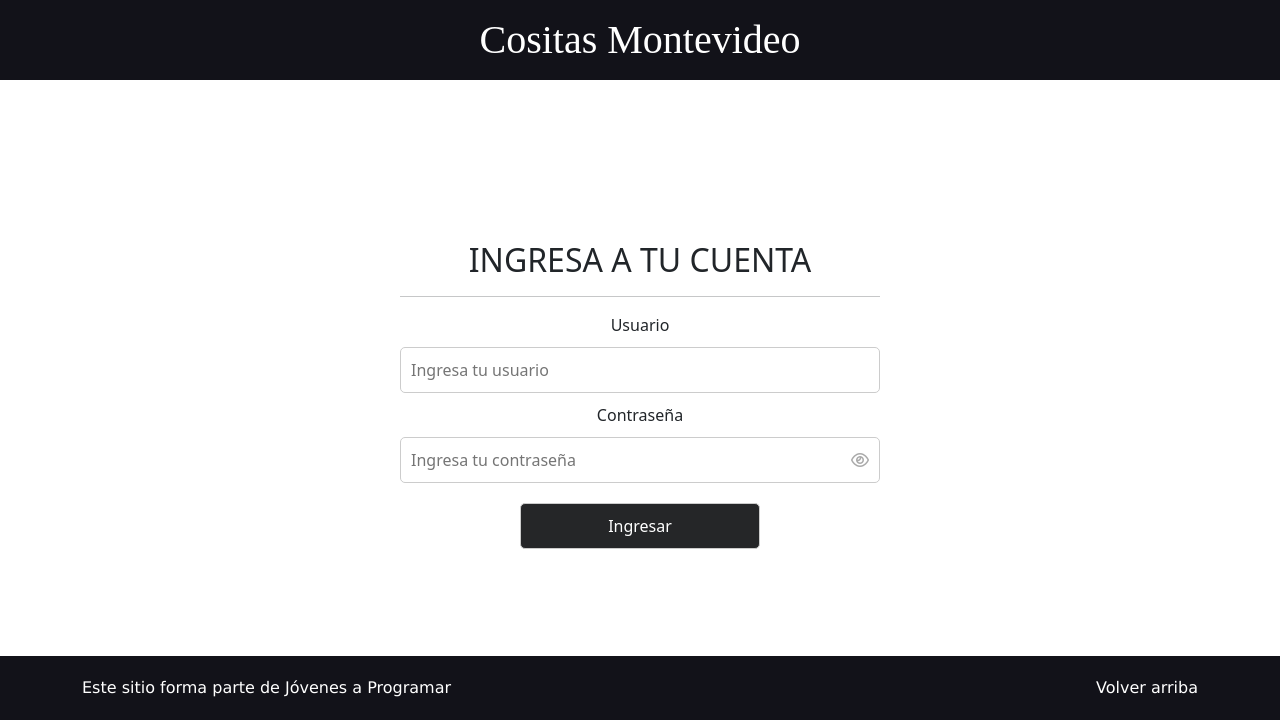
Repository: naticab/proyecto-dw
Page: login.html
An editor plug-in stored every save of this project. The page is shown before and after the next save, followed by the edit.
The browser window is 1280 px wide. The pictures show the whole page.
Some web fonts or font styles are not loaded; a fallback is used.

Above is the page before, as saved 2024-09-15 14:40:18.

### login.html
<!DOCTYPE html>
<html lang="es">

<head>
  <meta charset="UTF-8">
  <meta name="viewport" content="width=device-width, initial-scale=1, shrink-to-fit=no">
  <title>eMercado - Todo lo que busques está aquí</title>

  <link href="https://fonts.googleapis.com/css?family=Raleway:300,300i,400,400i,700,700i,900,900i" rel="stylesheet">
  <link href="css/bootstrap.min.css" rel="stylesheet">
  <link href="https://cdn.jsdelivr.net/npm/bootstrap@5.3.0/dist/css/bootstrap.min.css" rel="stylesheet">
  <link href="https://cdn.jsdelivr.net/npm/@fortawesome/fontawesome-free/css/all.min.css" rel="stylesheet">
  <link href="css/styles.css" rel="stylesheet" type="text/css">
  <link rel="stylesheet" href="css/login.css" type="text/css">
  <link href="css/header-and-footer.css" rel="stylesheet">
  <link href="https://fonts.googleapis.com/css2?family=Love+Ya+Like+A+Sister&display=swap" rel="stylesheet">
</head>

<body>

  <header>
    <div class="header-container">
        <h1>Cositas Montevideo</h1>
    </div>
</header>


  <main>
    <div class="login-container">
      <h2>INGRESA A TU CUENTA</h2>
      <hr>
      <label for="username">Usuario</label>
      <input type="text" id="username" name="username" placeholder="Ingresa tu usuario">

      <label for="password">Contraseña</label>
      <div class="password-container">
        <input type="password" id="password" name="password" placeholder="Ingresa tu contraseña">
        <i class="far fa-eye" id="togglePassword"></i>
      </div>

      <button type="submit" id="button">Ingresar</button>
    </div>
  </main>

  <footer class="text-center py-2">
    <div class="container">
      <div class="footer-content">
        <p class="footer-text">Este sitio forma parte de <a class="footer-link" href="https://jovenesaprogramar.edu.uy/"
            target="_blank">Jóvenes a Programar</a></p>
        <p class="footer-link-end">
          <a class="footer-link" href="#">Volver arriba</a>
        </p>
      </div>
    </div>
  </footer>

  <script src="js/login.js"></script>
</body>

</html>

### css/styles.css
.jumbotron,
.card-body,
.container,
.site-header {
  font-family: 'Verdana', serif !important;
}

.jumbotron .display-4 {
  font-weight: bold;
}

nav a {
  text-decoration: none;
}

.bd-placeholder-img {
  font-size: 1.125rem;
  text-anchor: middle;
  -webkit-user-select: none;
  -moz-user-select: none;
  -ms-user-select: none;
  user-select: none;
}

@media (min-width: 768px) {
  .bd-placeholder-img-lg {
    font-size: 3.5rem;
  }
}

.jumbotron {
  height: 50vh;
  padding: 5em inherit;
  margin-bottom: 0;
  background-color: #53C0FB;
  background: url('../img/cover_back.png');
  background-size: cover;
  background-position: center;
  background-repeat: no-repeat;
  color: black;
  font-weight: bold;
}

@media (min-width: 768px) {
  .jumbotron {
    padding-top: 6rem;
    padding-bottom: 6rem;
  }
}

.jumbotron p:last-child {
  margin-bottom: 0;
}

.jumbotron-heading {
  font-weight: 300;
}

.jumbotron .container {
  max-width: 40rem;
  background-color: rgba(255, 255, 255, 0.5);
  border-radius: 10px;
  text-shadow: 1px 1px 2px grey;
}

.jumbotron .lead {
  font-size: 38px;
}

.dropzone {
  border: 2px dashed #0087F7;
  border-radius: 5px;
  background: white;
}

.img-fit {
  max-height: 100%;
}

.alert {
  position: fixed;
  top: 80px;
  width: 50%;
  left: 50%;
  transform: translate(-50%, 0);
}

.lds-ring {
  display: inline-block;
  position: relative;
  width: 64px;
  height: 64px;
  top: 50%;
  left: 50%;
}

.cursor-active {
  cursor: pointer;
}

.left {
  float: left;
  padding: 4px;
  background-color: rgba(255, 255, 255, 0.5);
}

.lds-ring div {
  box-sizing: border-box;
  display: block;
  position: absolute;
  width: 51px;
  height: 51px;
  margin: 6px;
  border: 6px solid #fff;
  border-radius: 50%;
  animation: lds-ring 1.2s cubic-bezier(0.5, 0, 0.5, 1) infinite;
  border-color: #fff transparent transparent transparent;
}

.lds-ring div:nth-child(1) {
  animation-delay: -0.45s;
}

.lds-ring div:nth-child(2) {
  animation-delay: -0.3s;
}

.lds-ring div:nth-child(3) {
  animation-delay: -0.15s;
}

@keyframes lds-ring {
  0% {
    transform: rotate(0deg);
  }

  100% {
    transform: rotate(360deg);
  }
}

.signin {
  width: 100%;
  max-width: 330px;
  padding: 15px;
  margin: auto;
}

#spinner-wrapper {
  position: fixed;
  background-color: rgba(0, 0, 0, 0.5);
  width: 100%;
  height: 100%;
  top: 0;
  left: 0;
  z-index: 1021;
  display: none;
}

main {
  min-height: calc(100vh - 210px);
}

a.custom-card,
a.custom-card:hover {
  color: inherit;
  text-decoration: inherit;
}

.checked {
  color: orange;
}

### css/login.css
body {
    display: flex;
    flex-direction: column;
    height: 100vh; /* Asegura que el body ocupe toda la altura de la ventana */
    margin: 0;
    padding: 0;
}

main {
    flex: 1; /* Permite que el main ocupe todo el espacio restante */
    display: flex;
    justify-content: center;
    align-items: center;
}


.login-container {
    width: 30em;
    text-align: center; /* Centra el texto dentro del contenedor */
}

input, button {
    width: 100%;
    padding: 10px;
    margin: 10px 0;
    border-radius: 5px;
    border: 1px solid #ccc;
}

button {
    width: 50%;
    background-color: #252628;
    color: white;
    cursor: pointer;
}

button:hover {
    background-color: #3f3f3f;
}


.password-container {
    position: relative;
}

.password-container i {
    position: absolute;
    right: 10px;
    top: 50%;
    transform: translateY(-50%);
    cursor: pointer;
    color: #aaa;
}


header {
    background: #121219;
    color: #fff;
    width: 100%;
    display: flex;
    justify-content: center;
    align-items: center;
    padding: 1rem 0; /* Añade padding arriba y abajo del header */
    box-sizing: border-box; /* Asegúrate de que el padding no afecte el ancho total */
    margin: 0; /* Elimina cualquier margen */
}

.header-container {
    width: 100%;
    text-align: center;
}

h1 {
    font-family: "Love Ya Like A Sister", cursive;
    margin: 0;
}




footer {
    position: fixed;
    bottom: 0;
    left: 0;
    width: 100%;
    padding-top: 1rem;
    padding-bottom: 1rem;
    background-color: #f8f9fa;
    text-align: center;
}

@media (max-width: 768px) {
    .login-container {
        width: 25em;
    }
}

@media (max-width: 576px) {

    body {
        background-color: #AAA8A4;
    }

    .login-container {
        width: 20em;
        padding: 15px;
    }

    button {
        width: 50%;
    }

    input {
        margin: 5px 0;
    }

    footer {
        visibility: hidden;
    }
}

### css/header-and-footer.css
header {
    background: #121219;
    color: #fff;
    position: relative;
}

h1 {
    font-family: "Love Ya Like A Sister", cursive;

}

a.nav-link {
    color: #f1f1f1;
}

a.nav-link:hover {
    color: #9b9a9b;
    transition: color 0.3s, text-shadow 0.3s;
    transform: scale(1.05);
}

/* Espaciado entre los elementos del menú */
.navbar-nav .nav-item {
    margin-right: 40px;
}

.navbar-nav .nav-item:last-child {
    margin-right: 0; /* Quitar margen derecho al último elemento */
}

#user-name.nav-link {
    color: #f1f1f1;
}

#user-name.nav-link:hover {
    color: #9b9a9b;
    transform: scale(1.05);
    transition: color 0.3s, text-shadow 0.3s;
}

.navbar-collapse {
    justify-content: flex-end;
}

.navbar-toggler:hover {
    cursor: pointer;
}

@media (max-width: 995px) {

    .navbar-collapse {
        display: none;
        position: absolute;
        top: 100%;
        left: -40px;
        width: 240%;
        z-index: 999;
        flex-direction: column-reverse;
        align-items: center;
justify-content: center;    }

    .navbar-collapse.show {
        display: flex;
    }

    .navbar-nav {
        background: #121219;
        color: #fff;
        padding: 1.5rem;
        border-radius: 0 0 100px 100px;
        font-weight: bold;
        text-align: center;
        display: flex;
        justify-content: center; /* Centra horizontalmente todos los li */
        align-items: center; /* Centra verticalmente los li */
        width: 100%;
    }

    .navbar-toggler-icon {
        background-image: url('data:[embedded picture, 238 characters]');
        filter: brightness(0) invert(1); /* Cambia el icono a blanco */
    }


    .navbar-nav:hover {
        cursor: pointer;
    }

    a.nav-link:hover {
        color: #9b9a9b;
        transition: color 0.3s, text-shadow 0.3s;
        transform: scale(1.05);
    }

    .navbar-nav .nav-item {
        margin: 10px 0;
    }
}


footer {
    background: #121219;
    color: #fff;
    min-height: 4rem;
    display: flex;
    justify-content: center;
    align-items: center;
    padding: 0 1rem; /* Ajusta el padding si es necesario */
}

.container {
    width: 100%;
}

.footer-content {
    display: flex;
    justify-content: space-between;
    width: 100%;
    align-items: center;
}

.footer-text {
    margin: 0;
    text-align: center;
}

.footer-link-end {
    margin: 0;
    text-align: right;
}

.footer-link {
    color: #fff;
    text-decoration: none;
}

.footer-link:hover {
    color: #9b9a9b;
    transition: color 0.3s, text-shadow 0.3s;
    transform: scale(1.05);
}

### js/login.js
document.getElementById('togglePassword').addEventListener('click', function () {
    const passwordField = document.getElementById('password');
    const type = passwordField.getAttribute('type') === 'password' ? 'text' : 'password';
    passwordField.setAttribute('type', type);

    this.classList.toggle('fa-eye-slash');
});

Loaded but not shown: css/bootstrap.min.css (library)

After the next save:
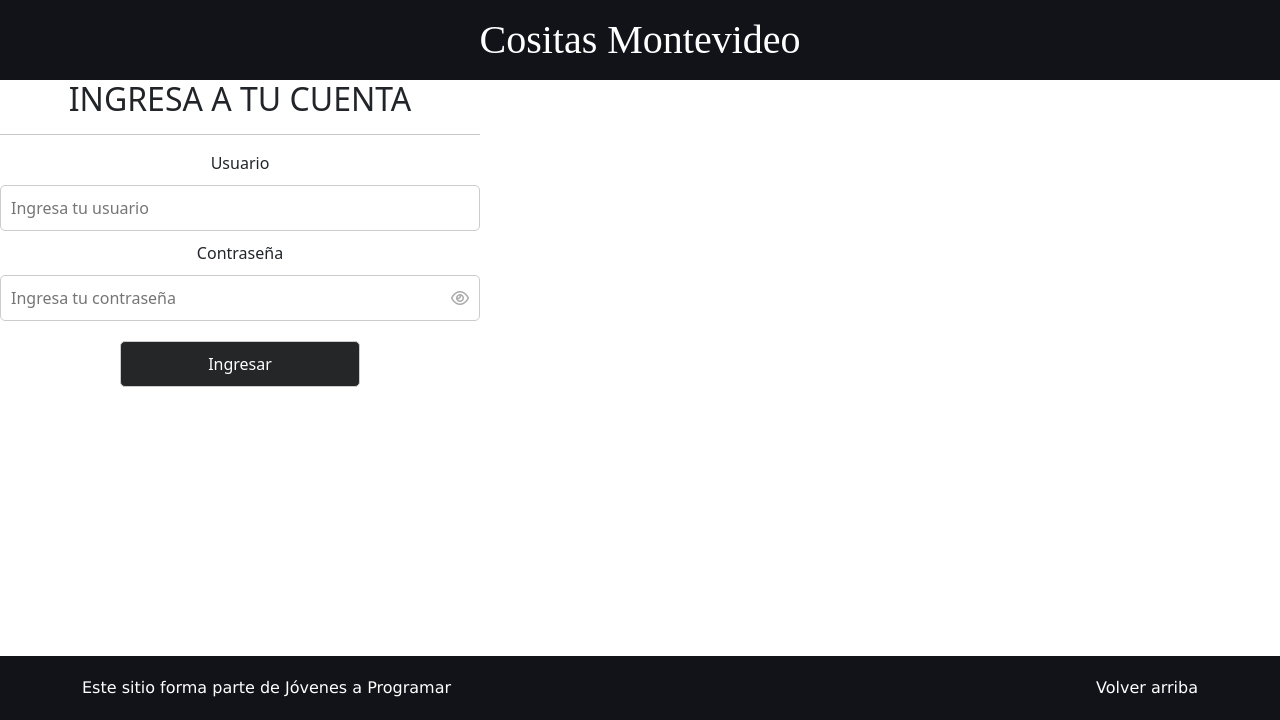
Saved 16 s later.
--- a/css/login.css
+++ b/css/login.css
@@ -7,8 +7,7 @@ body {
 }
 
 main {
-    flex: 1; /* Permite que el main ocupe todo el espacio restante */
-    display: flex;
+
     justify-content: center;
     align-items: center;
 }
